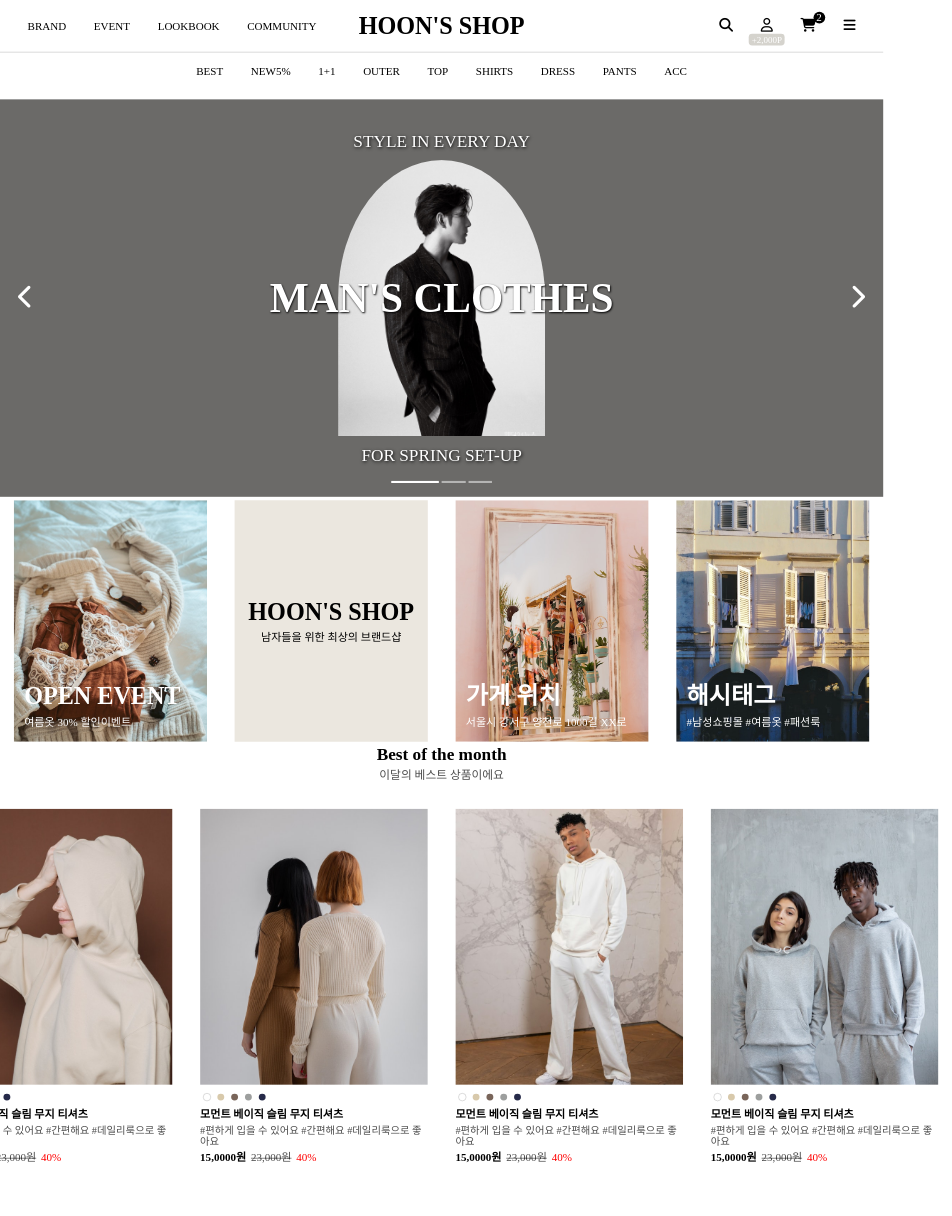
Repository: Iimchaehoon/cafeProject
Page: src/index.html
These files come from the project's save history. The page is drawn as it stood at one moment and after the next save; the edit follows.
The browser window is 1280 px wide. The page is 1380 px wide, then 1280 px, then 1380 px, so the pictures cover 1380 px, including what lies to the right of the window. The pictures show the whole page, at 69% of full size.
Some web fonts or font styles are not loaded; a fallback is used. Some web libraries are served in a nearby version.

Above is the page before, as saved 2024-07-24 23:04:05.

### src/index.html
<!DOCTYPE html>
<html lang="en">
  <head>
    <meta charset="UTF-8" />
    <meta name="viewport" content="width=device-width, initial-scale=1.0" />
    <link rel="shortcut icon" href="/assets/cafefav.png" type="image/x-icon" />

    <link rel="stylesheet" href="/src/css/pages/main.css" />
    <title>cafe24_clone</title>
    <script
      src="https://kit.fontawesome.com/1e606f2a97.js"
      crossorigin="anonymous"
    ></script>
  </head>
  <body>
    <!--header-->
    <header class="header">
      <div class="header__top">
        <nav class="header__nav-box">
          <ul class="header__list-box">
            <li class="header__content">BRAND</li>
            <li class="header__content">EVENT</li>
            <li class="header__content">LOOKBOOK</li>
            <li class="header__content">COMMUNITY</li>
          </ul>
        </nav>
        <h1 class="header__title">HOON'S SHOP</h1>
        <ul class="header__menu">
          <li class="header__content">
            <i class="fa-solid fa-magnifying-glass fa-lg"></i>
          </li>
          <li class="header__content header__content--badge-price">
            <div class="header__price-badge"><span>+2,000P</span></div>
            <i class="fa-regular fa-user fa-lg"></i>
          </li>
          <li class="header__content header__content--badge-box">
            <div class="header__cart-badge"><span>2</span></div>
            <i class="fa-solid fa-cart-shopping fa-lg"></i>
          </li>
          <li class="header__content">
            <i class="fa-solid fa-bars fa-lg"></i>
          </li>
        </ul>
      </div>

      <div class="header__bottom">
        <ul class="header__category">
          <li class="header__content">BEST</li>
          <li class="header__content">NEW5%</li>
          <li class="header__content">1+1</li>
          <li class="header__content">OUTER</li>
          <li class="header__content">TOP</li>
          <li class="header__content">SHIRTS</li>
          <li class="header__content">DRESS</li>
          <li class="header__content">PANTS</li>
          <li class="header__content">ACC</li>
        </ul>
      </div>
    </header>
    <!-- main  -->
    <main class="main">
      <section class="main__slider">
        <h2 class="main__slider-title">MAN'S CLOTHES</h2>
        <span class="main__slider-btn"
          ><i class="fa-solid fa-chevron-left fa-xl"></i
        ></span>

        <div class="main__slider-container">
          <span class="main__slider-text">STYLE IN EVERY DAY</span>
          <div class="main__slider-image-container">
            <img
              class="main__slider-image"
              src="/assets/main-slider.jpg"
              alt="main-slider_img"
            />
          </div>
          <span class="main__slider-text">FOR SPRING SET-UP</span>
        </div>

        <span class="main__slider-btn"
          ><i class="fa-solid fa-chevron-right fa-xl"></i
        ></span>
        <div class="main__progress-bar">
          <div
            class="main__progress-bar-item main__progress-bar-item--visible"
          ></div>
          <div
            class="main__progress-bar-item main__progress-bar-item--invisible"
          ></div>
          <div
            class="main__progress-bar-item main__progress-bar-item--invisible"
          ></div>
        </div>
      </section>
    </main>
    <!-- section -->
    <section class="main__introduction">
      <div class="main__intro-container-img">
        <img class="main__intro-image" src="/assets/intro-01.jpg" alt="" />
        <div class="main__intro-text-container">
          <h2 class="main__intro-title">OPEN EVENT</h2>
          <span class="main__intro-description">여름옷 30% 할인이벤트</span>
        </div>
      </div>
      <div class="main__intro-container">
        <h2 class="main__intro-title main__intro-title-black">HOON'S SHOP</h2>
        <span class="main__intro-description main__intro-description-black"
          >남자들을 위한 최상의 브랜드샵</span
        >
      </div>
      <div class="main__intro-container-img">
        <img class="main__intro-image" src="/assets/intro-02.jpg" alt="" />

        <div class="main__intro-text-container">
          <h2 class="main__intro-title">가게 위치</h2>
          <span class="main__intro-description"
            >서울시 강서구 양천로 1000길 XX로</span
          >
        </div>
      </div>
      <div class="main__intro-container-img">
        <img class="main__intro-image" src="/assets/intro-03.jpg" alt="" />

        <div class="main__intro-text-container">
          <h2 class="main__intro-title">해시태그</h2>
          <span class="main__intro-description"
            >#남성쇼핑몰 #여름옷 #패션룩</span
          >
        </div>
      </div>
    </section>
    <!-- section2 -->
    <section class="main__month-best">
      <h3 class="main__best-title">Best of the month</h3>
      <span class="main__best-sub-title">이달의 베스트 상품이에요</span>
      <div class="main__best-sub-container">
        <article class="main__best-article">
          <div class="main__article-img-container">
            <img class="main__article-img" src="/assets/best-01.jpg" />
          </div>
          <div class="main__article-container">
            <div
              class="main__article-color-item main__article-color-item--01"
            ></div>
            <div
              class="main__article-color-item main__article-color-item--02"
            ></div>
            <div
              class="main__article-color-item main__article-color-item--03"
            ></div>
            <div
              class="main__article-color-item main__article-color-item--04"
            ></div>
            <div
              class="main__article-color-item main__article-color-item--05"
            ></div>
          </div>
          <div class="main__article-container">
            <h4 class="main__article-product-name">
              모먼트 베이직 슬림 무지 티셔츠
            </h4>
          </div>
          <div class="main__article-container">
            <span class="main__article-product-description">
              #편하게 입을 수 있어요 #간편해요 #데일리룩으로 좋아요
            </span>
          </div>
          <div class="main__article-container">
            <span class="main__article-total-price">15,0000원</span>
            <small class="main__article-previous-price">23,000원</small>
            <span class="main__article-discount-rate">40%</span>
          </div>
        </article>
        <article class="main__best-article">
          <div class="main__article-img-container">
            <img class="main__article-img" src="/assets/best-02.jpg" />
          </div>
          <div class="main__article-container">
            <div
              class="main__article-color-item main__article-color-item--01"
            ></div>
            <div
              class="main__article-color-item main__article-color-item--02"
            ></div>
            <div
              class="main__article-color-item main__article-color-item--03"
            ></div>
            <div
              class="main__article-color-item main__article-color-item--04"
            ></div>
            <div
              class="main__article-color-item main__article-color-item--05"
            ></div>
          </div>
          <div class="main__article-container">
            <h4 class="main__article-product-name">
              모먼트 베이직 슬림 무지 티셔츠
            </h4>
          </div>
          <div class="main__article-container">
            <span class="main__article-product-description">
              #편하게 입을 수 있어요 #간편해요 #데일리룩으로 좋아요
            </span>
          </div>
          <div class="main__article-container">
            <span class="main__article-total-price">15,0000원</span>
            <small class="main__article-previous-price">23,000원</small>
            <span class="main__article-discount-rate">40%</span>
          </div>
        </article>
        <article class="main__best-article">
          <div class="main__article-img-container">
            <img class="main__article-img" src="/assets/best-04.jpg" />
          </div>
          <div class="main__article-container">
            <div
              class="main__article-color-item main__article-color-item--01"
            ></div>
            <div
              class="main__article-color-item main__article-color-item--02"
            ></div>
            <div
              class="main__article-color-item main__article-color-item--03"
            ></div>
            <div
              class="main__article-color-item main__article-color-item--04"
            ></div>
            <div
              class="main__article-color-item main__article-color-item--05"
            ></div>
          </div>
          <div class="main__article-container">
            <h4 class="main__article-product-name">
              모먼트 베이직 슬림 무지 티셔츠
            </h4>
          </div>
          <div class="main__article-container">
            <span class="main__article-product-description">
              #편하게 입을 수 있어요 #간편해요 #데일리룩으로 좋아요
            </span>
          </div>
          <div class="main__article-container">
            <span class="main__article-total-price">15,0000원</span>
            <small class="main__article-previous-price">23,000원</small>
            <span class="main__article-discount-rate">40%</span>
          </div>
        </article>
        <article class="main__best-article">
          <div class="main__article-img-container">
            <img class="main__article-img" src="/assets/best-05.jpg" />
          </div>
          <div class="main__article-container">
            <div
              class="main__article-color-item main__article-color-item--01"
            ></div>
            <div
              class="main__article-color-item main__article-color-item--02"
            ></div>
            <div
              class="main__article-color-item main__article-color-item--03"
            ></div>
            <div
              class="main__article-color-item main__article-color-item--04"
            ></div>
            <div
              class="main__article-color-item main__article-color-item--05"
            ></div>
          </div>
          <div class="main__article-container">
            <h4 class="main__article-product-name">
              모먼트 베이직 슬림 무지 티셔츠
            </h4>
          </div>
          <div class="main__article-container">
            <span class="main__article-product-description">
              #편하게 입을 수 있어요 #간편해요 #데일리룩으로 좋아요
            </span>
          </div>
          <div class="main__article-container">
            <span class="main__article-total-price">15,0000원</span>
            <small class="main__article-previous-price">23,000원</small>
            <span class="main__article-discount-rate">40%</span>
          </div>
        </article>
      </div>
    </section>
  </body>
</html>

### src/css/pages/main.css
@import "../reset.css";
@import "../common.css";
@import "../components/header.css";
@import "../slider.css";
@import "../intro.css";
@import "../components/monthbest.css";

### src/css/common.css
@import url("https://fonts.googleapis.com/css2?family=Nanum+Gothic&family=Nanum+Myeongjo&display=swap");
body {
  font-family: "Nanum Myeongjo", serif;
  margin: 0;
  padding: 0;
  box-sizing: border-box;
}
ul {
  margin: 0;
}

### src/css/components/header.css
.header {
  height: 20vh;
}
.header__top {
  display: flex;
  justify-content: space-between;
  padding: 20px;
  border-bottom: 1px solid rgba(0, 0, 0, 0.2);
}
.header__nav-box {
  width: 33%;
}
.header__title {
  width: 33%;
  font-size: 35px;
  font-weight: 550;
  text-align: center;
}

.header__list-box {
  display: flex;

  height: 100%;
  align-items: center;
}
.header__menu {
  display: flex;
  align-items: center;
  justify-content: flex-end;

  width: 33%;
}
.header__content {
  margin: 0 20px;
}
/* 아래헤더 */
.header__category {
  display: flex;
  justify-content: center;
  padding: 20px 0;
}
.header__cart-badge {
  background-color: black;
  display: flex;
  justify-content: center;
  align-items: center;
  border-radius: 100%;
  width: 13px;
  height: 13px;
  padding: 2px;
  position: absolute;
  top: -13px;
  right: -13px;
}
.header__content--badge-box {
  position: relative;
}
.header__cart-badge span {
  color: white;
}
.header__content--badge-price {
  position: relative;
}
.header__price-badge {
  background-color: #d5d3cd;
  color: white;
  display: flex;
  justify-content: center;
  align-items: center;
  font-size: 13px;
  border-radius: 5px;
  padding: 2px 4px;
  position: absolute;
  left: 50%;
  transform: translateX(-50%);
  bottom: -20px;
}

### src/css/slider.css
.main__slider {
  display: flex;
  justify-content: space-between;
  align-items: center;
  padding: 30px;
  background-color: #6b6a68;
  position: relative;
  height: 80vh;
  box-sizing: border-box;
}

.main__slider-btn {
  transform: scale(1.5);
  color: white;
}

.main__slider-text {
  color: white;
  font-size: 25px;
  text-shadow: 1px 1px 5px black;
}

.main__slider-container {
  display: flex;
  flex-direction: column;
  align-items: center;
}
.main__slider-image-container {
  width: 300px;
  height: 400px;

  border-top-left-radius: 50%;
  border-top-right-radius: 50%;

  overflow: hidden;
  margin: 15px 0;
}
.main__slider-image {
  width: 100%;
  height: 100%;
  object-fit: cover;
}
.main__slider-title {
  color: white;
  font-weight: 600;
  font-size: 60px;
  text-shadow: 1px 1px 3px black;
  position: absolute;
  top: 50%;
  left: 50%;
  transform: translate(-50%, -50%);
}
.main__progress-bar {
  width: 150px;
  height: 3px;

  position: absolute;
  bottom: 20px;
  left: 50%;
  transform: translateX(-50%);
  display: flex;
}
.main__progress-bar-item {
  height: 100%;
  background-color: white;
  margin: 0 2px;
}
.main__progress-bar-item--visible {
  width: 50%;
}
.main__progress-bar-item--invisible {
  width: 25%;
  opacity: 0.5;
}

### src/css/intro.css
.main__introduction {
  display: flex;
  justify-content: center;
  align-items: center;
  height: 50vh;
}
.main__intro-container-img,
.main__intro-container {
  width: 350px;
  height: 350px;
  overflow: hidden;
  margin: 0 20px;
}
.main__intro-container {
  display: flex;
  flex-direction: column;
  justify-content: center;
  align-items: center;
  background-color: #ebe7df;
}
.main__intro-image {
  width: 100%;
  height: 100%;
  object-fit: cover;
}

.main__intro-container-img {
  position: relative;
}
.main__intro-text-container {
  position: absolute;
  bottom: 20px;
  left: 15px;
}
.main__intro-title {
  color: white;
  font-size: 35px;
  font-weight: 600;
  margin-bottom: 12px;
}
.main__intro-description {
  color: white;
}
.main__intro-title-black {
  color: black;
}
.main__intro-description-black {
  color: black;
}

### src/css/monthbest.css
.main__month-best {
  display: flex;
  flex-direction: column;
  align-items: center;
}
.main__best-title {
  font-size: 25px;
  font-weight: 600;
  margin-bottom: 10px;
}
.main__best-sub-title {
  font-size: 17px;
  color: rgba(0, 0, 0, 0.7);
}
.main__best-sub-container {
  display: flex;
  margin: 40px 0;
}
.main__best-article {
  width: 330px;
  height: 550px;
  overflow: hidden;
  margin: 0 20px;
}
.main__article-img-container {
  width: 100%;
  height: 400px;
}
.main__article-img {
  width: 100%;
  height: 100%;
  object-fit: cover;
}
.main__article-container {
  display: flex;
  margin: 8px 0;
}
.main__article-color-item {
  width: 10px;
  height: 10px;
  border-radius: 100%;

  margin: 5px;
}
.main__article-color-item--01 {
  outline: 1px solid rgba(0, 0, 0, 0.2);
}
.main__article-color-item--02 {
  background-color: #d8c9ab;
}
.main__article-color-item--03 {
  background-color: #79655a;
}
.main__article-color-item--04 {
  background-color: #9d9f9e;
}
.main__article-color-item--05 {
  background-color: #262a49;
}
.main__article-product-name {
  font-weight: 600;
}
.main__article-product-description {
  font-size: 15px;
  color: rgba(0, 0, 0, 0.7);
}
.main__article-total-price {
  font-weight: 600;
  margin-right: 7px;
}
.main__article-previous-price {
  color: rgba(0, 0, 0, 0.7);
  text-decoration: line-through;
  margin-right: 7px;
}
.main__article-discount-rate {
  color: red;
}

Loaded but not shown: src/css/reset.css (common file)

After the next save:
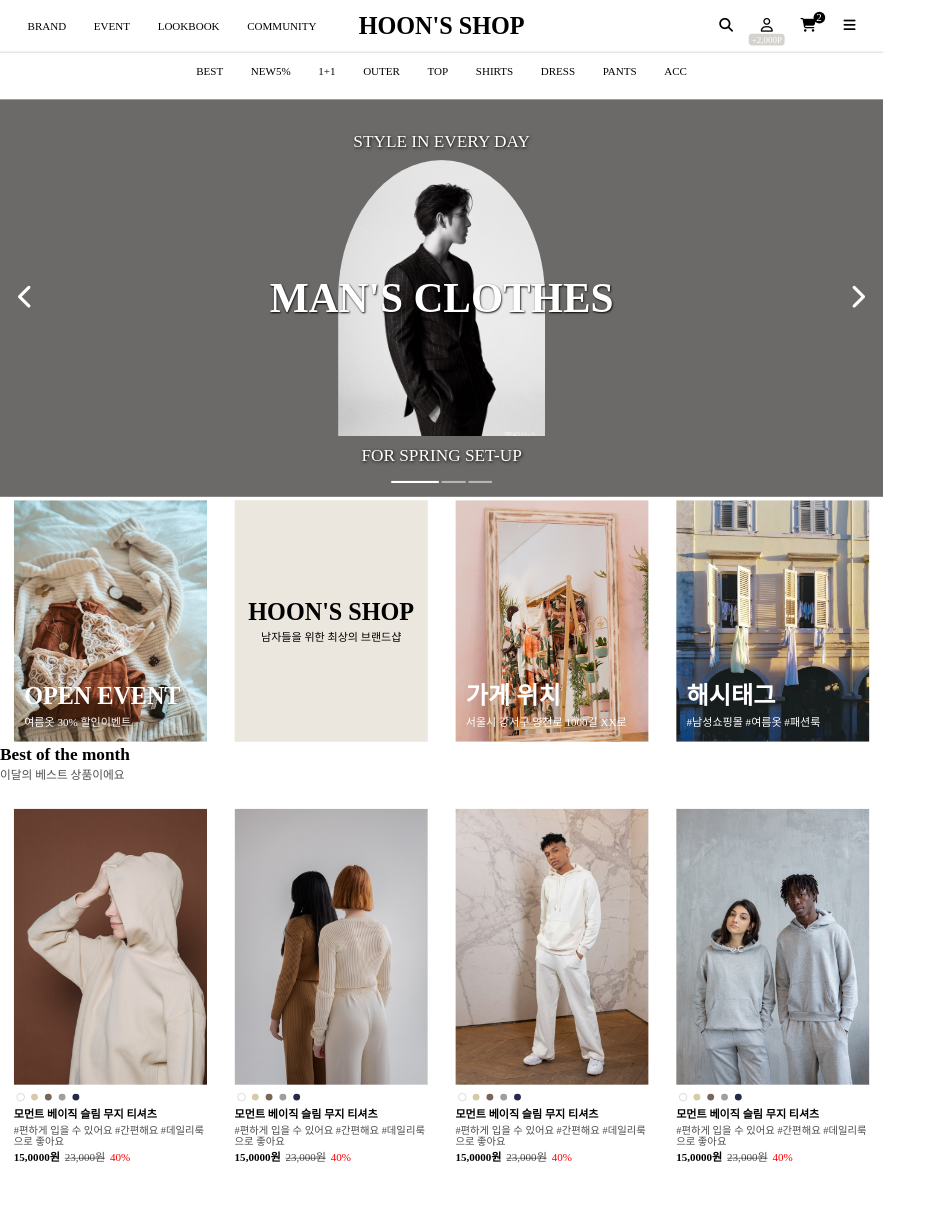
Saved 47 s later.
--- a/src/index.html
+++ b/src/index.html
@@ -130,7 +130,7 @@
       </div>
     </section>
     <!-- section2 -->
-    <section class="main__month-best">
+    <section class="main__product-list">
       <h3 class="main__best-title">Best of the month</h3>
       <span class="main__best-sub-title">이달의 베스트 상품이에요</span>
       <div class="main__best-sub-container">

After the save that followed:
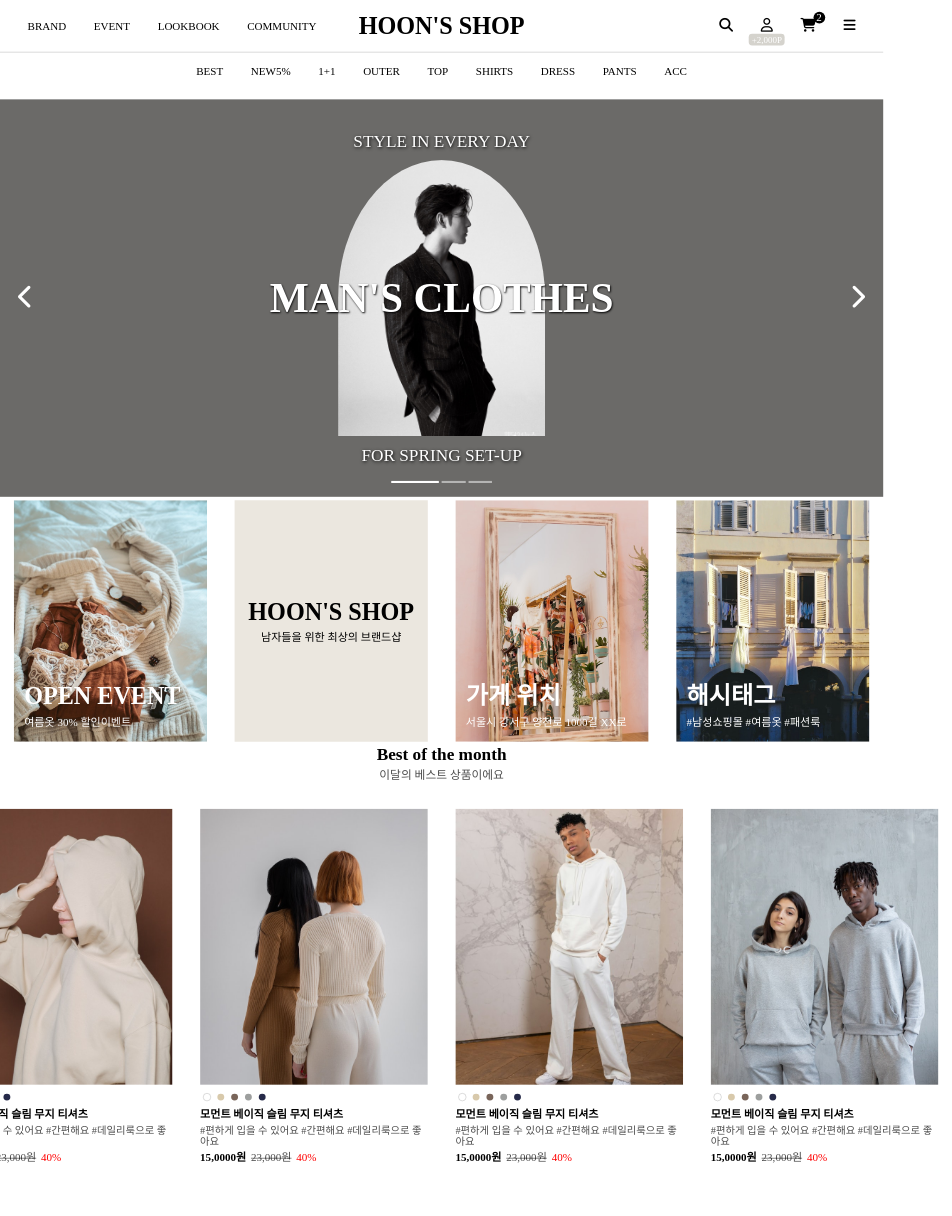
Saved 5 min 42 s later.
--- a/src/index.html
+++ b/src/index.html
@@ -130,7 +130,7 @@
       </div>
     </section>
     <!-- section2 -->
-    <section class="main__product-list">
+    <section class="main__month-best">
       <h3 class="main__best-title">Best of the month</h3>
       <span class="main__best-sub-title">이달의 베스트 상품이에요</span>
       <div class="main__best-sub-container">
